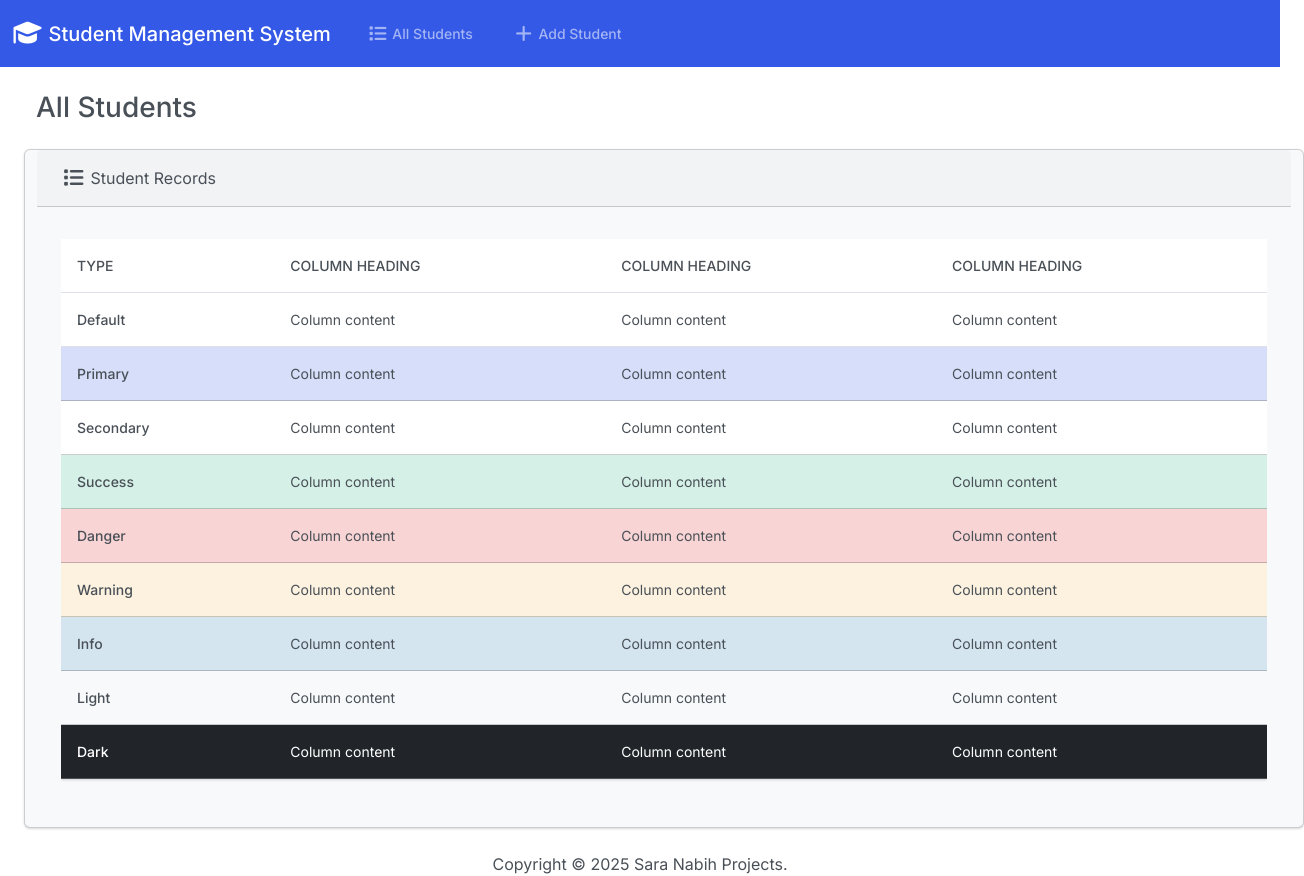
Repository: saraanbih/Student-Management-System
Page: http://localhost/
The author's editor kept a copy of each file at every save. The page is drawn from the files as they stood at one save, then again after the next save.
The browser window is 1280 px wide. The page is 1304 px wide, so the pictures cover 1304 px, including what lies to the right of the window. The pictures show the whole page.
Some web libraries are served in a nearby version. The page is served by the project's application, run on Django 5.2 (manage.py). The page reads the database file committed with the project.

Above is the page before, as saved 2025-09-11 16:11:43.

After the next save:
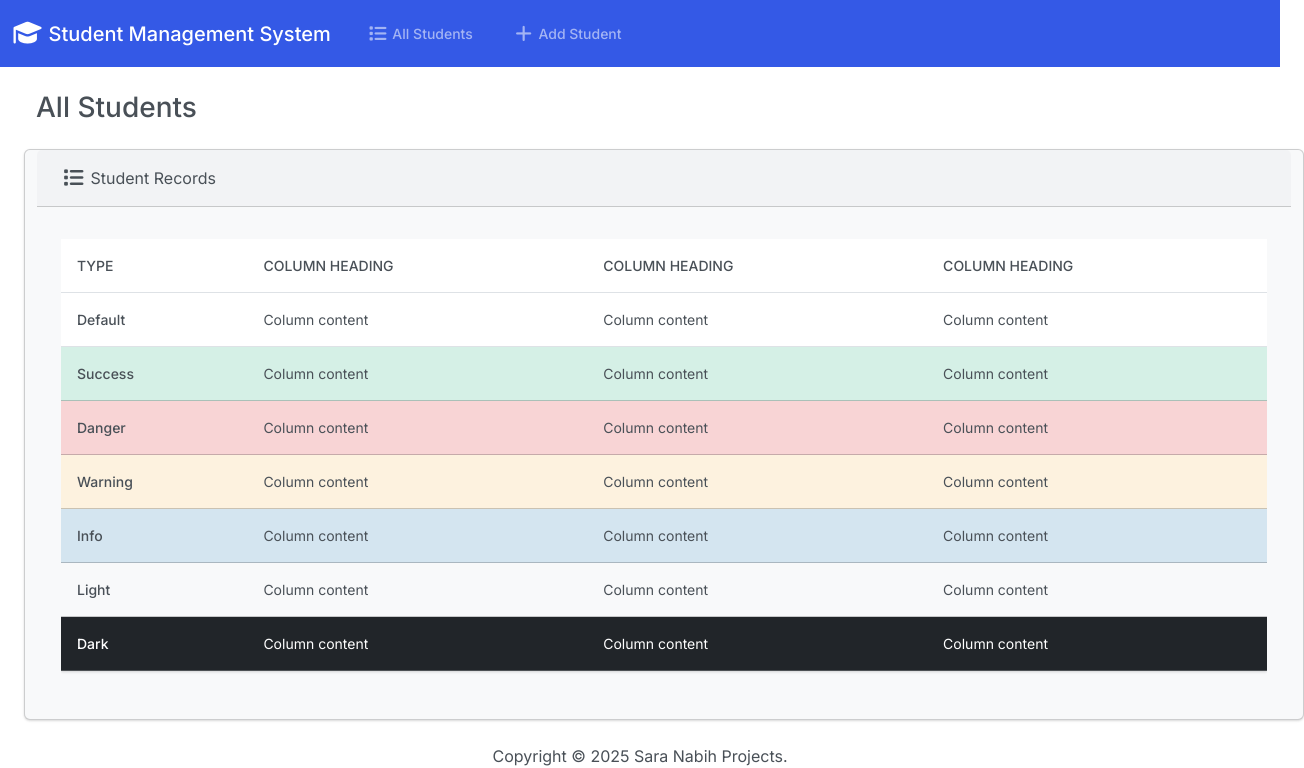
Saved 12 s later.
--- a/students/templates/students/index.html
+++ b/students/templates/students/index.html
@@ -72,18 +72,7 @@
                           <td>Column content</td>
                           <td>Column content</td>
                         </tr>
-                        <tr class="table-primary">
-                          <th scope="row">Primary</th>
-                          <td>Column content</td>
-                          <td>Column content</td>
-                          <td>Column content</td>
-                        </tr>
-                        <tr class="table-secondary">
-                          <th scope="row">Secondary</th>
-                          <td>Column content</td>
-                          <td>Column content</td>
-                          <td>Column content</td>
-                        </tr>
+
                         <tr class="table-success">
                           <th scope="row">Success</th>
                           <td>Column content</td>
